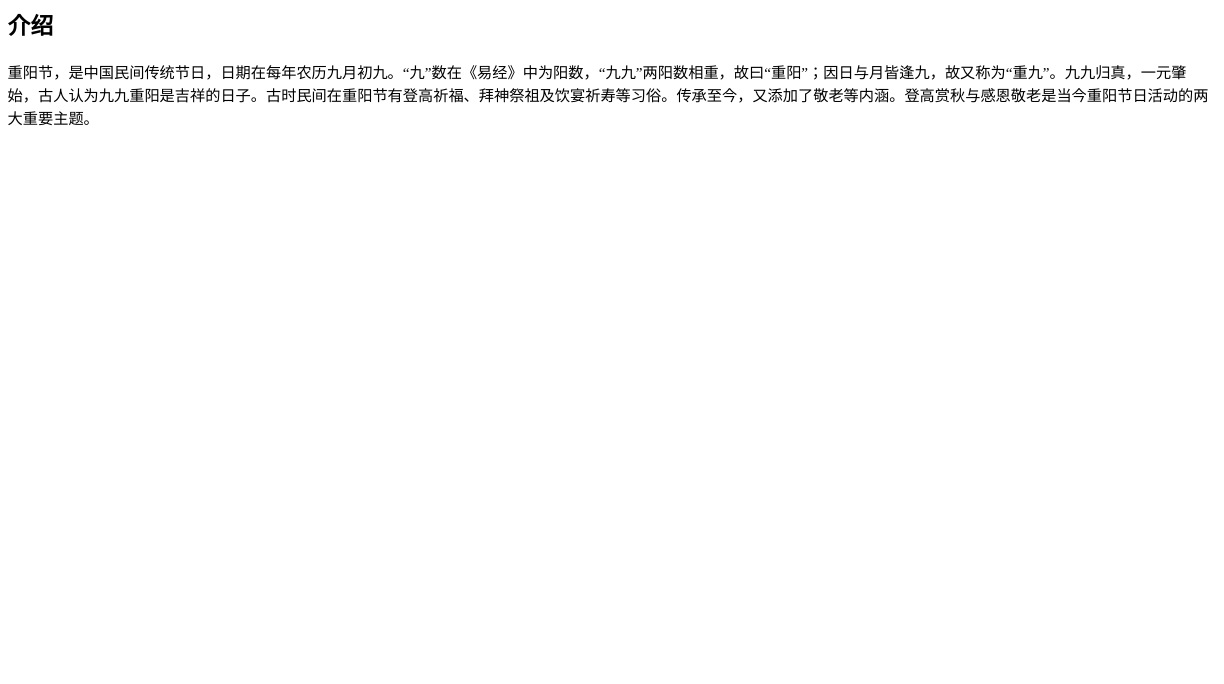
Repository: XueJie1/computer-operation-basics
Page: pages/doubleninthfes/introduction.html
The author's editor kept a copy of each file at every save. The page is drawn from the files as they stood at one save, then again after the next save.
The browser window is 1280 px wide. The page is 1280 px wide, then 1288 px, so the pictures cover 1288 px, including what lies to the right of the window. The pictures show the whole page, at 95% of full size.

Above is the page before, as saved 2023-09-05 14:02:55.

After the next save:
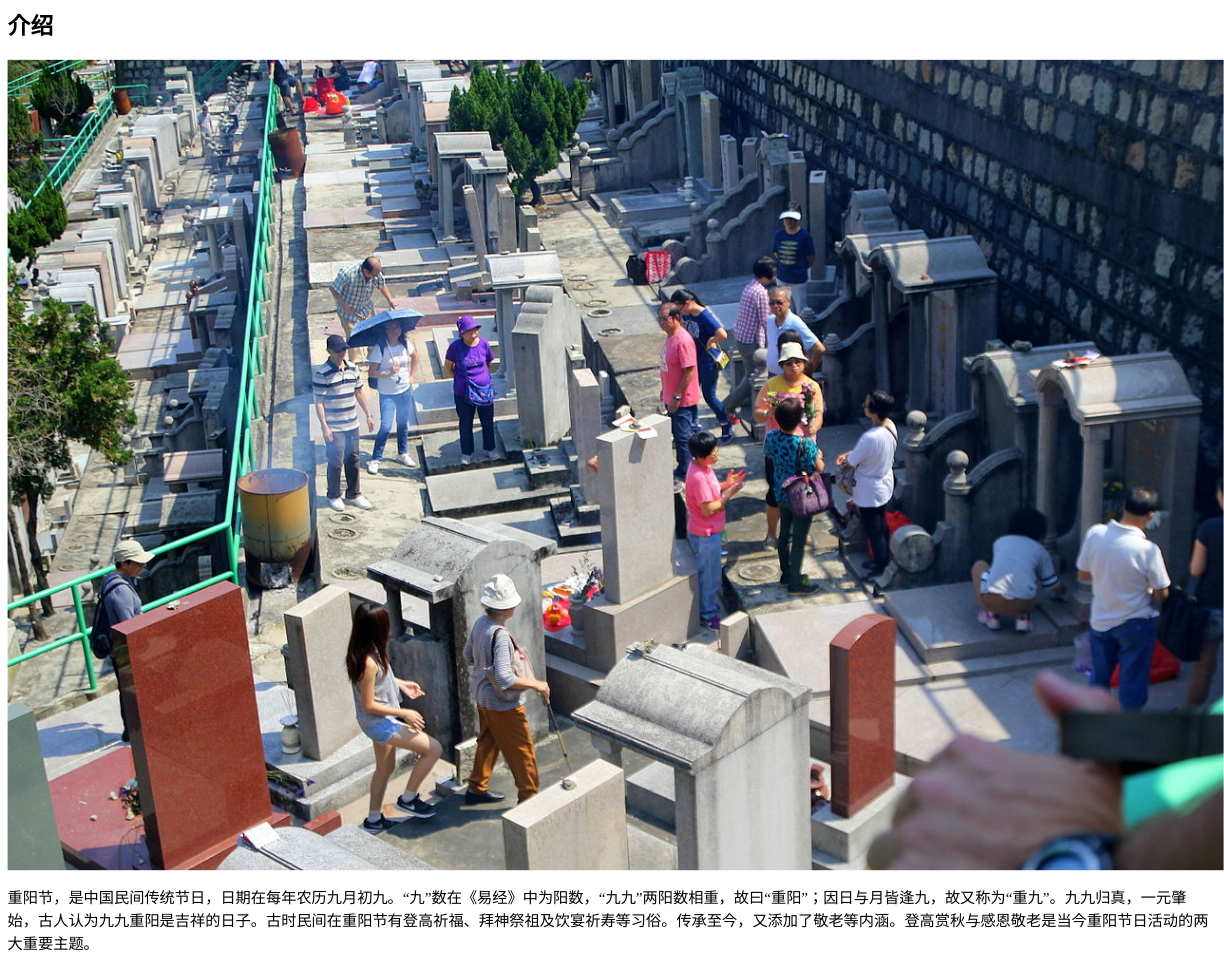
Saved 79 s later.
--- a/pages/doubleninthfes/introduction.html
+++ b/pages/doubleninthfes/introduction.html
@@ -1,3 +1,6 @@
 <h2>介绍</h2>
+<div class="img">
+    <img src="/img/double-ninth-festival.jpg">
+</div>
 <p>重阳节，是中国民间传统节日，日期在每年农历九月初九。“九”数在《易经》中为阳数，“九九”两阳数相重，故曰“重阳”；因日与月皆逢九，故又称为“重九”。九九归真，一元肇始，古人认为九九重阳是吉祥的日子。古时民间在重阳节有登高祈福、拜神祭祖及饮宴祈寿等习俗。传承至今，又添加了敬老等内涵。登高赏秋与感恩敬老是当今重阳节日活动的两大重要主题。
 </p>
